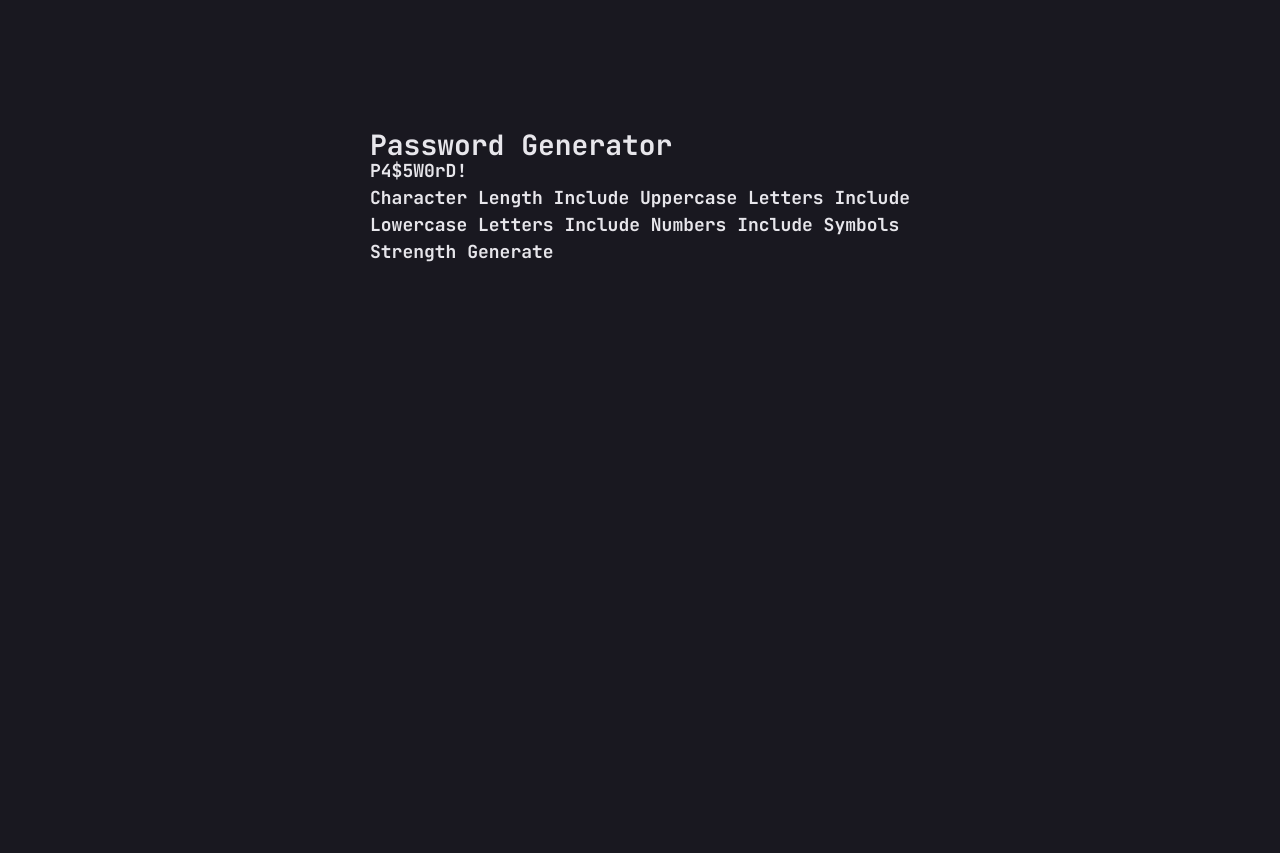
Repository: blordeus/password-generator-app
Page: starter-code/index.html
The author's editor kept a copy of each file at every save. The page is drawn from the files as they stood at one save, then again after a run of saves.
The browser window is 1280 px wide. The pictures show the whole page.

Above is the page before, as saved 2023-10-05 19:53:50.

After the next 2 saves:
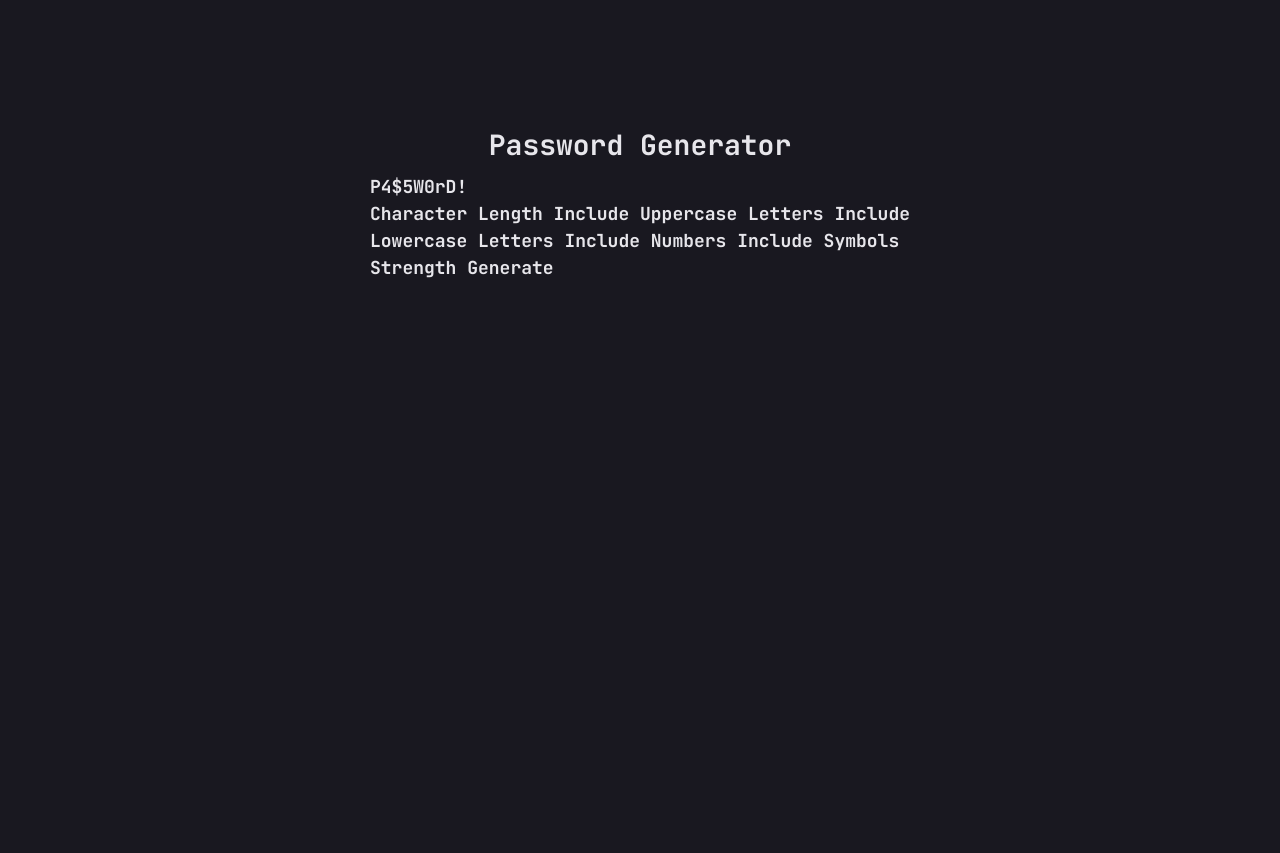
The 2 saves are shown as one change because they came seconds apart.
The last was saved 7 s later.
--- a/starter-code/index.html
+++ b/starter-code/index.html
@@ -13,7 +13,7 @@
 <body>
 <main class="main">
 
-    <h1 class="fs-3 text-gray">Password Generator</h1>
+    <h1 class="fs-3 title">Password Generator</h1>
 
     <div>
       <p>P4$5W0rD!</p>
